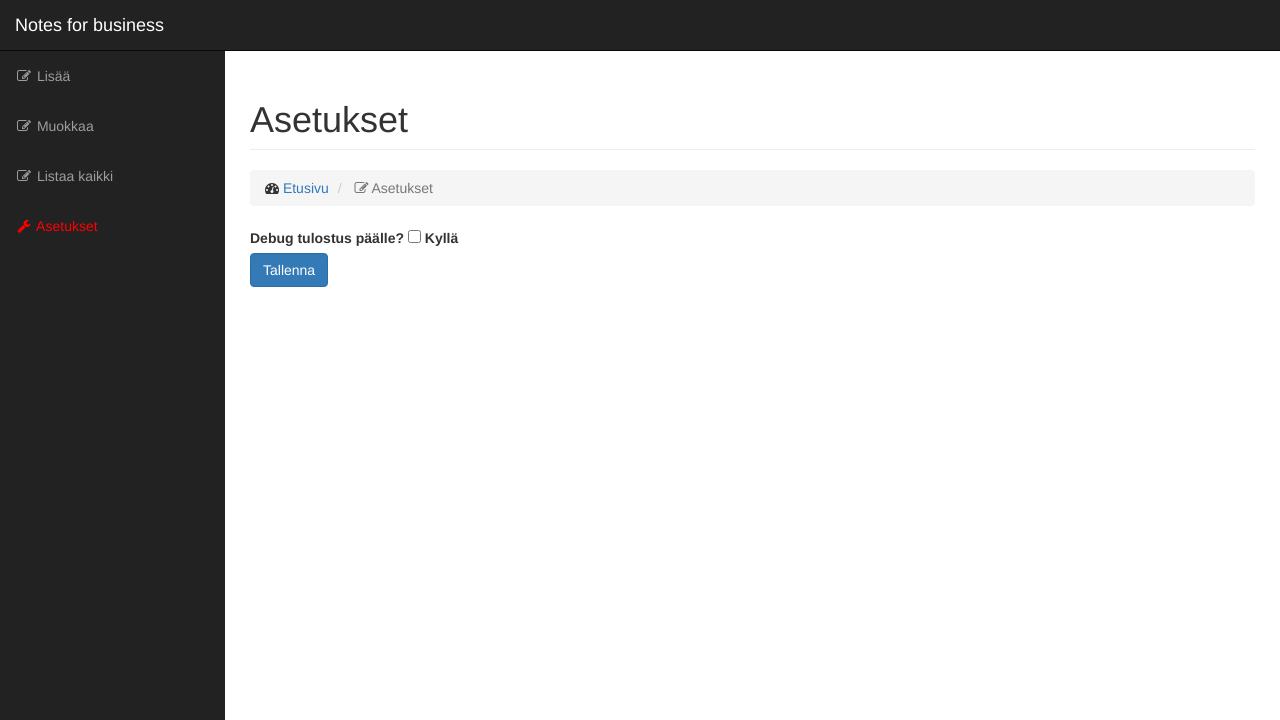
Repository: TommiKurjensalo/php
Page: http://localhost/asetukset.php
These files come from the project's save history. The page is drawn as it stood at one moment and after the next save; the edit follows.
The browser window is 1280 px wide. The pictures show the whole page.
The page is run by PHP 8.4 with error messages shown; the project is at /var/www/html/.

Above is the page before, as saved 2017-04-21 20:11:15.

After the next save:
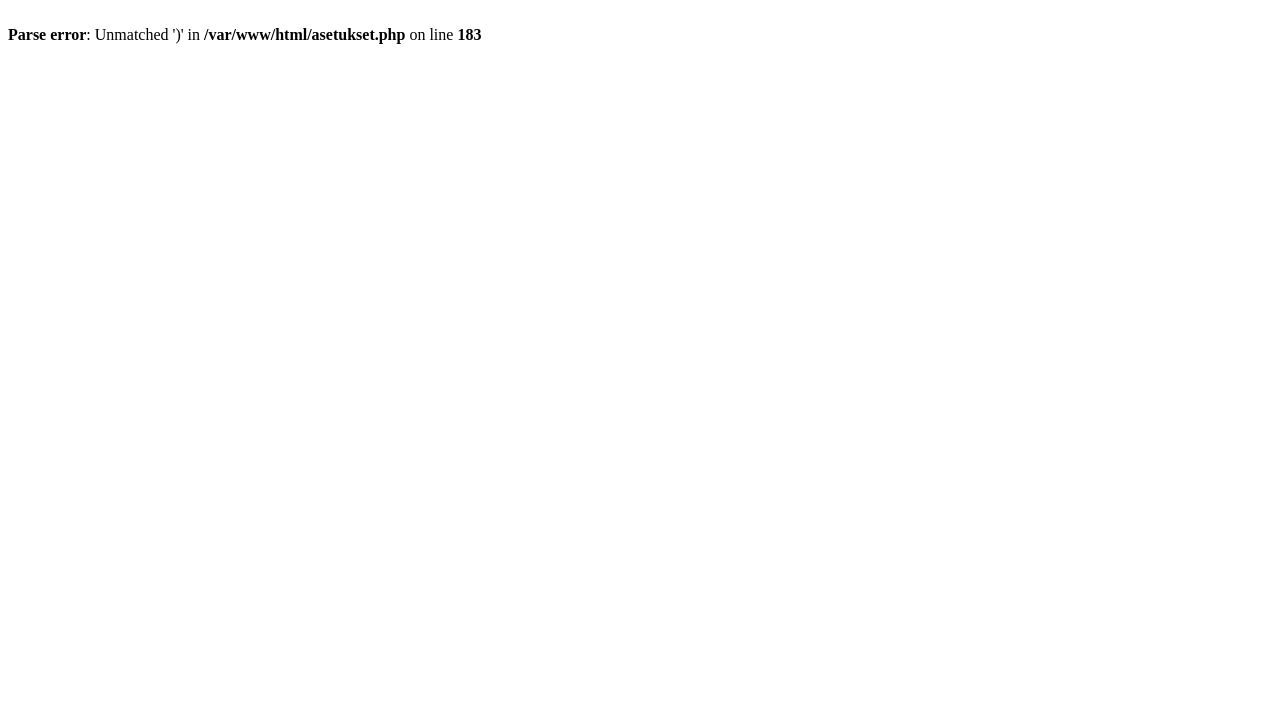
Saved 72 s later.
--- a/sivut/asetukset.php
+++ b/sivut/asetukset.php
@@ -180,7 +180,7 @@
                             <div class="form-check form-check-inline">
   							  <label class="form-check-label"> Debug tulostus päälle?
 	                                	<input name="debug" type="checkbox" class="form-check-input" value="true"
-	                                	<?php echo ((isset($_COOKIE["isDebug"]) && $asetukset !==false) ? ' checked' : ''); ?> /> Kyllä</label>
+	                                	<?php echo ($asetukset !==false) ? ' checked' : ''); ?> /> Kyllä</label>
 	                                </div>
 
 

After the save that followed:
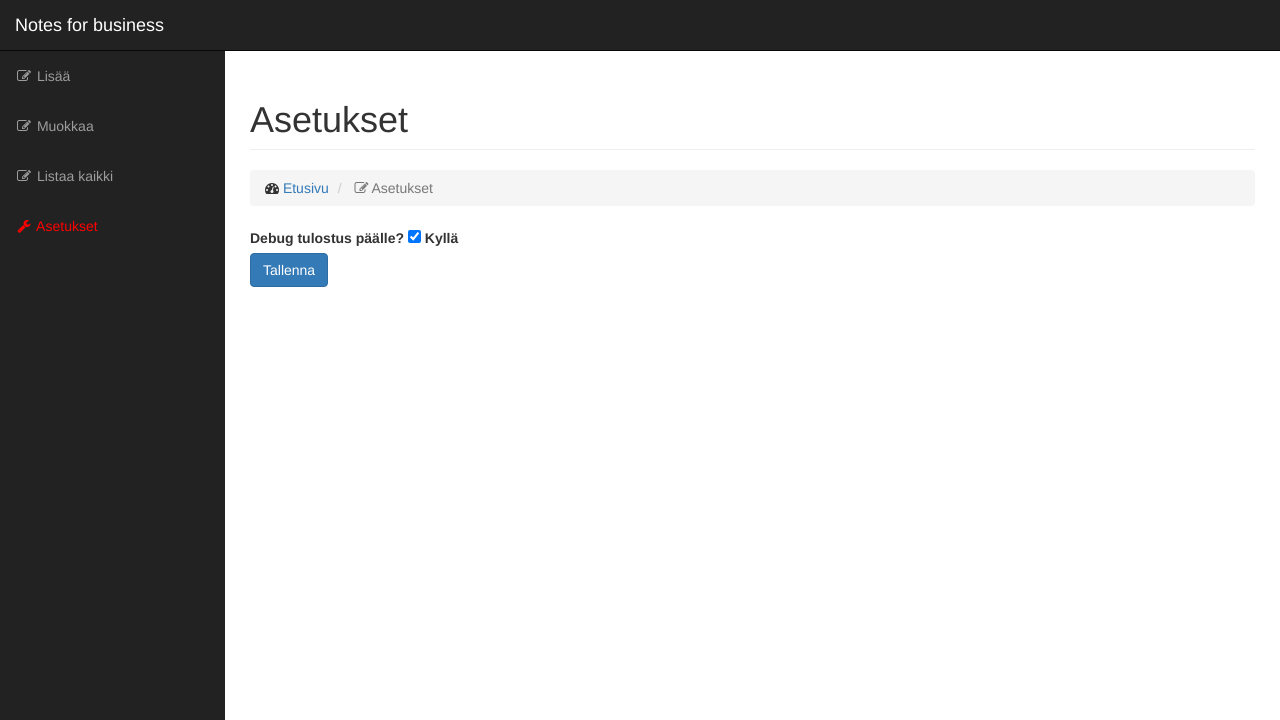
Saved 7 s later.
--- a/sivut/asetukset.php
+++ b/sivut/asetukset.php
@@ -180,7 +180,7 @@
                             <div class="form-check form-check-inline">
   							  <label class="form-check-label"> Debug tulostus päälle?
 	                                	<input name="debug" type="checkbox" class="form-check-input" value="true"
-	                                	<?php echo ($asetukset !==false) ? ' checked' : ''); ?> /> Kyllä</label>
+	                                	<?php echo (($asetukset !==false) ? ' checked' : ''); ?> /> Kyllä</label>
 	                                </div>
 
 
